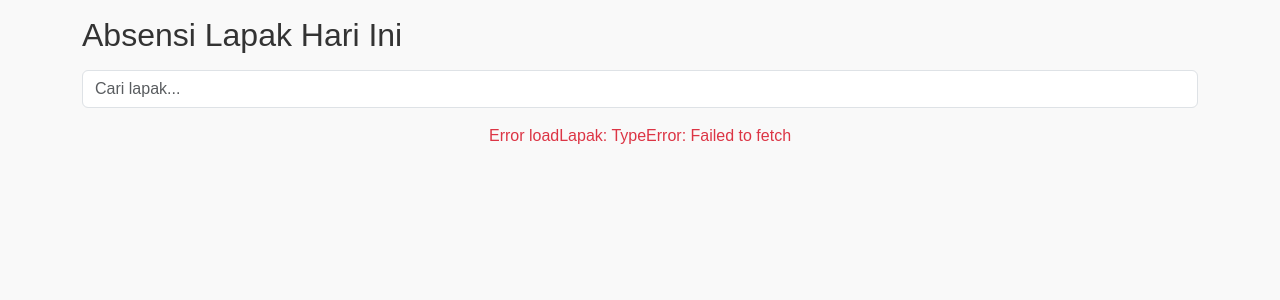
Repository: pasarrakyatbak/absensi
Page: index.html
An editor plug-in stored every save of this project. The page is shown before and after the next save, followed by the edit.
The browser window is 1280 px wide. The pictures show the whole page.
The page's requests for data from a server got no answer.

Above is the page before, as saved 2025-09-22 00:40:59.

### index.html
<!DOCTYPE html>
<html lang="id">

<head>
    <meta charset="UTF-8">
    <meta name="viewport" content="width=device-width, initial-scale=1.0">
    <title>Absensi Lapak</title>
    <link href="https://cdn.jsdelivr.net/npm/bootstrap@5.3.2/dist/css/bootstrap.min.css" rel="stylesheet">
    <link rel="stylesheet" href="style.css">
</head>

<body class="p-3">

    <div class="container">
        <h2 class="mb-3">Absensi Lapak Hari Ini</h2>
        <input type="text" id="searchInput" class="form-control mb-3" placeholder="Cari lapak...">
        <div class="row" id="lapakContainer"></div>
    </div>

    <!-- Modal Absensi -->
    <div id="absensiModal" class="modal-overlay">
        <div class="modal-content">
            <p id="absensiInfo"></p>
            <button class="btn btn-success" id="modalAbsenBtn">Absen Sekarang</button>
            <button class="btn btn-secondary" onclick="closeAbsensiModal()">Tutup</button>
        </div>
    </div>

    <!-- Loader -->
    <div id="absensiLoading" class="d-none">
        <div class="loader-content text-center">
            <div class="spinner-border text-light" role="status" style="width:3rem;height:3rem;"></div>
            <p id="absensiLoadingText" class="text-white mt-2">Sedang memproses...</p>
        </div>
    </div>

    <script src="script.js"></script>
</body>

</html>

### style.css
body {
    background: #f9f9f9;
    font-family: 'Poppins', sans-serif;
    color: #333;
    transition: background 0.3s ease, color 0.3s ease;
}

body.dark {
    background: #121212;
    color: #f1f1f1;
}

/* Card umum */
.lapak-card {
    cursor: pointer;
    transition: transform 0.2s ease, box-shadow 0.2s ease, background 0.3s ease, border 0.3s ease;
    border-radius: 12px;
}

/* Hover effect */
.lapak-card:hover {
    transform: translateY(-4px);
    box-shadow: 0 6px 18px rgba(0, 0, 0, 0.3);
}

.lapak-card.disabled {
    pointer-events: none;
    opacity: 0.6;
}

/* Modal */
#absensiModal {
    display: none;
    position: fixed;
    top: 0;
    left: 0;
    width: 100%;
    height: 100%;
    background: rgba(0, 0, 0, 0.6);
    justify-content: center;
    align-items: center;
    z-index: 1050;
}

#absensiModal .modal-content {
    background: #fff;
    padding: 1.5rem;
    border-radius: 12px;
    text-align: center;
    max-width: 400px;
    width: 90%;
    transition: background 0.3s ease, color 0.3s ease;
}

body.dark #absensiModal .modal-content {
    background: #1e1e1e;
    color: #f1f1f1;
}

/* Loader */
#absensiLoading {
    position: fixed;
    top: 0;
    left: 0;
    width: 100%;
    height: 100%;
    background: rgba(0, 0, 0, 0.7);
    justify-content: center;
    align-items: center;
    z-index: 2000;
}

/* Sudah hadir */
.lapak-card.hadir {
    background: #d4edda;
    border: 1px solid #c3e6cb;
}

body.dark .lapak-card.hadir {
    background: #1f3d2e;
    border: 1px solid #2e7d32;
}

/* Belum hadir */
.lapak-card.belum {
    background: #ffffff;
    border: 1px solid #ddd;
}

body.dark .lapak-card.belum {
    background: #1e1e1e;
    border: 1px solid #444;
}

### script.js
const API_URL = "https://script.google.com/macros/s/AKfycby4z2qZ24SrJkcyGpybH29lSUC_3_z1LG-7wSmTzpaOEXrwjXf0Cl3hqkg95qAxPj1-/exec";
let lapakData = [];
let currentLapakId = null;

// Cek hari
const isSunday = new Date().getDay() === 0; // 0 = Minggu

// Loader
function showAbsensiLoading(show, text = "Sedang menyimpan data...") {
    const loader = document.getElementById("absensiLoading");
    const loadingText = document.getElementById("absensiLoadingText");
    if (!loader || !loadingText) return;

    if (show) {
        loader.classList.remove("d-none");
        loader.classList.add("d-flex");
    } else {
        loader.classList.remove("d-flex");
        loader.classList.add("d-none");
    }
    loadingText.textContent = text;
}

// Load semua lapak
async function loadLapak() {
    showAbsensiLoading(true, "Sedang memuat data lapak...");

    try {
        const res = await fetch(API_URL + "?action=listLapak");
        const json = await res.json();

        console.log("DEBUG JSON:", json); // cek struktur data

        if (!json.success) {
            document.getElementById("lapakContainer").innerHTML =
                `<p class="text-center text-danger">Gagal load data: ${json.message}</p>`;
            showAbsensiLoading(false);
            return;
        }

        lapakData = json.data.map(lapak => ({
            noLapak: lapak.no || "-",
            nama: lapak.nama || "Tanpa Nama",
            statusAbsensi: lapak.statusAbsensi || ""
        }));


        renderLapak(lapakData);
        showAbsensiLoading(false);

    } catch (err) {
        document.getElementById("lapakContainer").innerHTML =
            `<p class="text-center text-danger">Error loadLapak: ${err}</p>`;
        showAbsensiLoading(false);
    }
}

// Render lapak
function renderLapak(data) {
    const container = document.getElementById("lapakContainer");
    container.innerHTML = "";

    if (data.length === 0) {
        container.innerHTML = `<p class="text-center">Tidak ada data lapak.</p>`;
        return;
    }

    data.forEach(lapak => {
        const statusHadir = (lapak.statusAbsensi || "").includes("✅");

        const card = document.createElement("div");
        card.className = "col-md-4 col-sm-6 mb-3";
        card.innerHTML = `
    <div class="card lapak-card shadow-sm ${statusHadir ? 'hadir' : 'belum'} ${statusHadir ? 'disabled' : ''}"
         data-no-lapak="${lapak.noLapak}" data-nama-lapak="${lapak.nama}">
        <div class="card-body text-center">
            <h5 class="card-title">Lapak ${lapak.noLapak}</h5>
            <p class="card-text">${lapak.nama}</p>
            <p class="status-text ${statusHadir ? 'text-success' : 'text-danger'}">
                ${statusHadir ? "✅ Hadir" : "❌ Belum"}
            </p>
        </div>
    </div>
`;


        const cardEl = card.querySelector(".lapak-card");

        if (!statusHadir && cardEl) {
            if (isSunday) {
                cardEl.addEventListener("click", () => openAbsensiModal(lapak.noLapak, lapak.nama));
                cardEl.addEventListener("dblclick", () => absenLapak(lapak.noLapak));
            } else {
                cardEl.style.cursor = "not-allowed";
            }
        }

        container.appendChild(card);
    });
}

// Modal
function openAbsensiModal(lapakId, lapakName) {
    const modal = document.getElementById("absensiModal");
    const info = document.getElementById("absensiInfo");
    currentLapakId = lapakId;
    if (info) info.textContent = `Absensi untuk Lapak ${lapakId} - ${lapakName}`;
    modal.style.display = "flex";
}
function closeAbsensiModal() {
    const modal = document.getElementById("absensiModal");
    if (modal) modal.style.display = "none";
}

// Absen dari modal
document.getElementById("modalAbsenBtn").addEventListener("click", () => {
    if (currentLapakId) absenLapak(currentLapakId);
    closeAbsensiModal();
});

// Absen ke server
async function absenLapak(noLapak) {
    if (!isSunday) {
        alert("❌ Absensi hanya bisa dilakukan hari Minggu.");
        return;
    }

    showAbsensiLoading(true, "Menyimpan absensi...");

    const card = document.querySelector(`.lapak-card[data-no-lapak="${noLapak}"]`);
    if (!card) {
        showAbsensiLoading(false);
        return;
    }
    const statusText = card.querySelector(".status-text");

    const oldText = statusText.textContent;
    const oldClass = statusText.className;

    // update UI sementara
    statusText.textContent = "✅ Hadir";
    statusText.classList.remove("text-danger");
    statusText.classList.add("text-success");
    card.classList.add("disabled");

    try {
        const res = await fetch(API_URL, {
            method: "POST",
            headers: { "Content-Type": "application/x-www-form-urlencoded" },
            body: new URLSearchParams({
                action: "absen",
                noLapak,
                password: "panitia123"
            })
        });
        const json = await res.json();

        if (!json.success) {
            // rollback kalau gagal
            statusText.textContent = oldText;
            statusText.className = oldClass;
            card.classList.remove("disabled");
            alert(json.message || "❌ Gagal menyimpan absensi.");
        } else {
            const lapakIndex = lapakData.findIndex(l => String(l.noLapak) === String(noLapak));
            if (lapakIndex > -1) {
                lapakData[lapakIndex].statusAbsensi = "✅ Hadir";
                renderLapak(lapakData);
            }
        }
    } catch (err) {
        statusText.textContent = oldText;
        statusText.className = oldClass;
        card.classList.remove("disabled");
        alert("❌ Gagal menyimpan absensi.");
    }

    showAbsensiLoading(false);
}

// Search filter
document.getElementById("searchInput").addEventListener("input", (e) => {
    const keyword = e.target.value.toLowerCase();
    const filtered = lapakData.filter(l =>
        l.noLapak.toString().toLowerCase().includes(keyword) ||
        l.nama.toLowerCase().includes(keyword)
    );
    renderLapak(filtered);
});

// Load pertama kali
loadLapak();

After the next save:
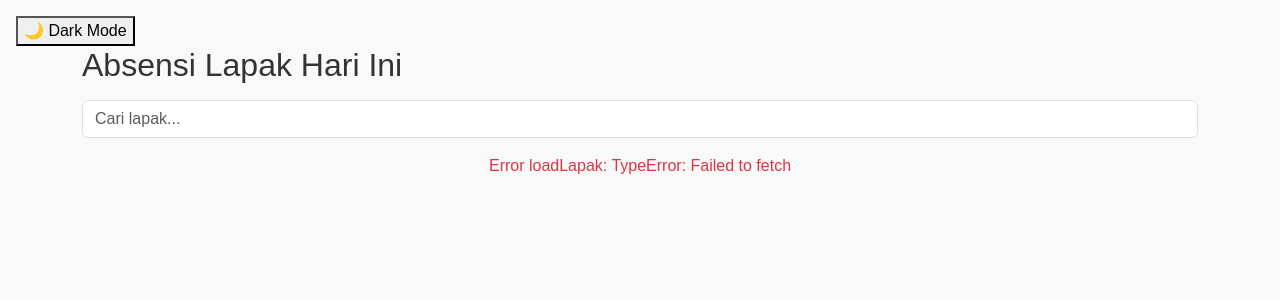
Saved 13 s later.
--- a/index.html
+++ b/index.html
@@ -10,6 +10,7 @@
 </head>
 
 <body class="p-3">
+    <button id="toggleDarkMode">🌙 Dark Mode</button>
 
     <div class="container">
         <h2 class="mb-3">Absensi Lapak Hari Ini</h2>
